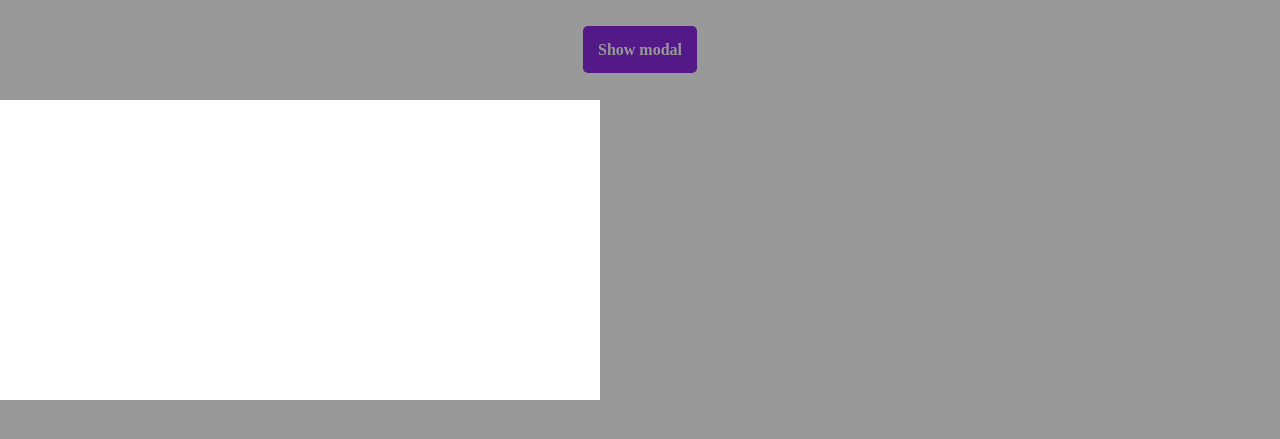
Repository: AnhTuan191298/sent-file-hoang
Page: js_modal/index.html
These files come from the project's save history. The page is drawn as it stood at one moment and after the next save; the edit follows.
The browser window is 1280 px wide. The pictures show the whole page.

Above is the page before, as saved 2021-02-01 14:53:07.

After the next save:
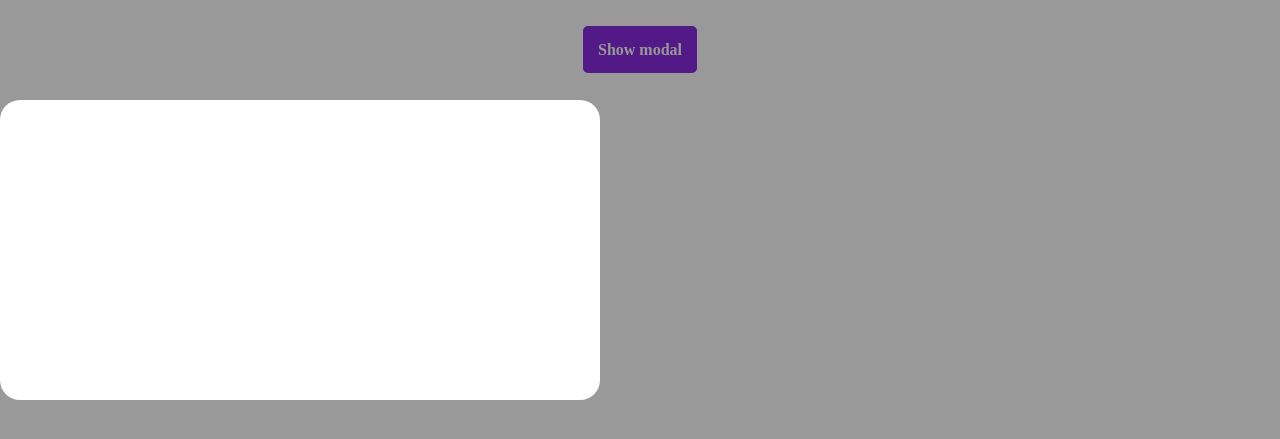
Saved 18 s later.
--- a/js_modal/index.html
+++ b/js_modal/index.html
@@ -41,6 +41,7 @@
             background-color: white;
             width: 600px;
             min-height: 300px;
+            border-radius: 20px;
         }
         .modal_show__close {
 
